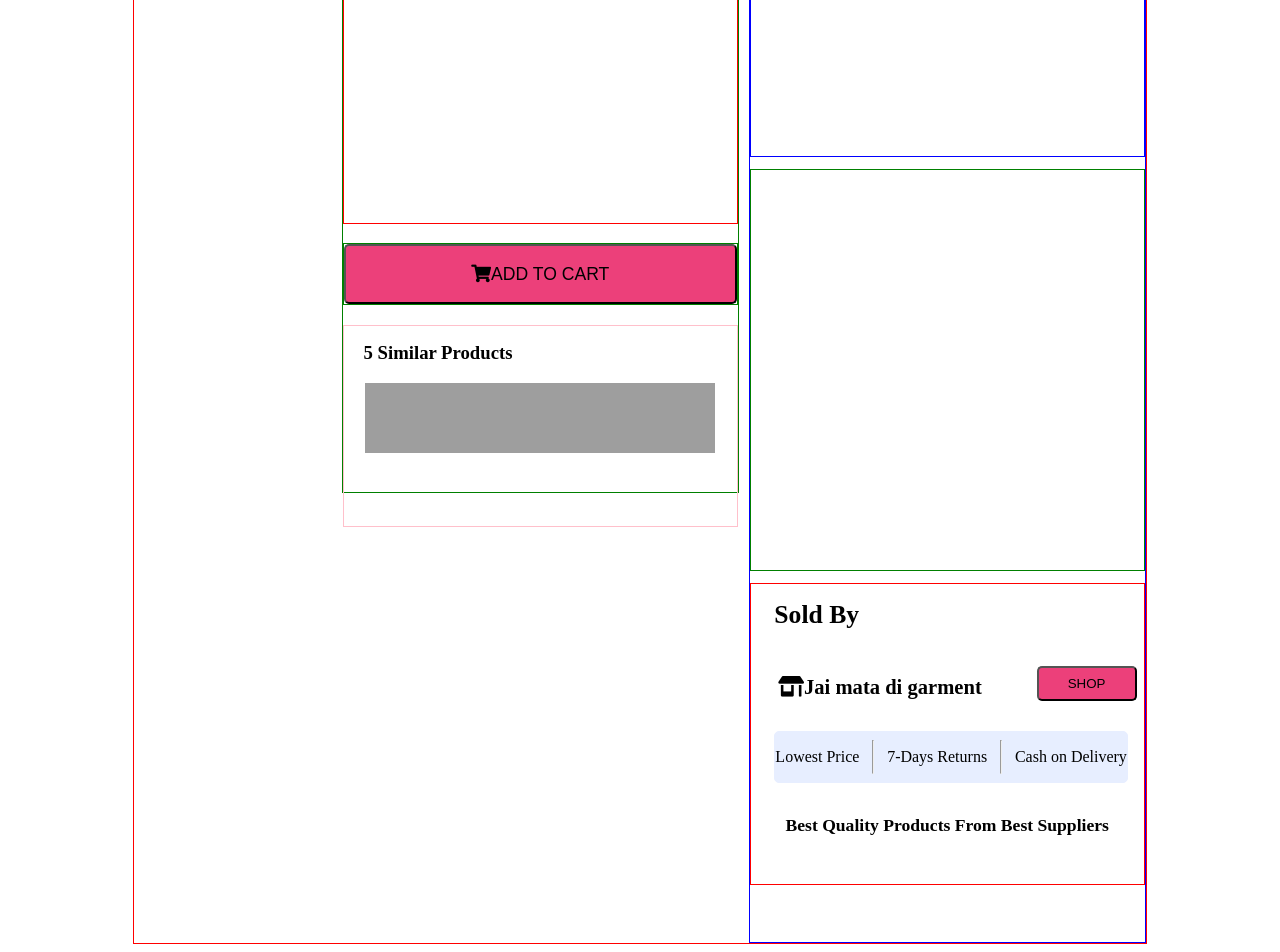
Repository: deepakxxxx/meesho
Page: catelog.html
An editor plug-in stored every save of this project. The page is shown before and after the next save, followed by the edit.
The browser window is 1280 px wide. The pictures show the part of the page from y = 419 to 1371 px (the page is 1371 px tall).
Pictures or frames that could not be fetched are drawn as grey boxes. A picture or video elsewhere on the page could not be fetched, so the positions and the page height are approximate.

Above is the page before, as saved 2021-11-06 17:58:41.

### catelog.html
<!DOCTYPE html>
<html lang="en">
<head>
    <meta charset="UTF-8">
    <meta http-equiv="X-UA-Compatible" content="IE=edge">
    <meta name="viewport" content="width=device-width, initial-scale=1.0">
    <link rel="stylesheet" href="https://use.fontawesome.com/releases/v5.15.4/css/all.css" integrity="sha384-DyZ88mC6Up2uqS4h/KRgHuoeGwBcD4Ng9SiP4dIRy0EXTlnuz47vAwmeGwVChigm" crossorigin="anonymous">
    <title>Document</title>
</head>
<style>
      #main{
        width: 100%;
        height: 136px;
        border: 1px solid white;
        margin: auto;
        /* position: fixed; */
    }
    #top{
        width: 100%;
        height: 70px;
        /* border: 1px solid red; */
        display: flex;

    }
    #left{
        display: flex;
        width: 55%;
    }
    #meesho{
      text-decoration: none;
      font-size: 50px;
      color: #F06292;
      font-weight: bold;
      margin-left: 25%;
      margin-top: 1%;
      /* margin-right: 0px; */
    }
    #search{
        /* margin-left: 30%; */
        height: 60px;
        width: 400px;
        border-radius: 6px;
        margin-top: 1%;
        /* margin-left: 0px; */
        border: 1px solid #BDBDBD;
        font-size: 90%;
        /* margin-right: 60%; */
    }
    #right{
        display: flex;
        list-style-type: none;
        column-gap: 30px;

    }
    #rightmain{
        width: 45%;
        margin-right: 6%;
        /* margin-top: 9px; */
    }
    #app{
        text-decoration: none;
        margin-left: 10px;
        margin-top: 9px;
        font-size: 103%;
        color: black;
    }
    #supp{
        text-decoration: none;
        margin-top: 9px;
        font-size: 103%;
        color: black;
    }
    #profile{
        text-decoration: none;
        font-size: 103%;
        color: black;
    }
    #cart{
        text-decoration: none;
        font-size: 103%;
        color: black;
    }
    #app:hover{
        color: #EC407A;
        text-decoration: underline;
    }
    #profile:hover{
        color: #EC407A;
        text-decoration: underline;
    }
    .line1{
        height: 30px;
    }
    .line2{
        color: #BDBDBD;
    }
    #heading
    {
        width: 73%;
        margin:  5% auto auto auto ;
        display: grid;
        grid-template-columns: 23% 54% 23%;
        padding: 1%;
        position: sticky;
    }
    #topic{
        margin-top:-15px;
        text-align: center;
    }
    #collection{
        display: flex;
        margin-left: 2%;
        list-style-type: none;
        font-size: 105%;
        column-gap: 63px;

    }
    ul > a{
        text-decoration: none;
        color: black;
    }
    ul > a :hover{
        color: #EC407A;
        /* text-decoration: underline; */
    }
    #container{
        width: 80%;
        border: 1px solid red;
        margin: auto;
        display: flex;
        margin-top: 1%;
        column-gap: 1%;
    }
    #smallImg{
        width: 20%;
        /* border: 1px solid blue; */
        height: 300px;
    }
    #bigImg{
        width: 40%;
        border: 1px solid green;
        height: 750px;
    }
    #descr{
        width: 40%;
        border: 1px solid blue;
        height: 1200px;
    }
    .product_sneek_peek{
        width: 70px;
        height: 70px;
        border: 1px solid red;
        margin-left: 69%;
        border-radius: 5px;
    }
    #imgDi{
        width: 99.5%;
        height: 480px;
        border: 1px solid red;
    }
    #addto{
        width: 99.5%;
        height: 60px;
        border: 1px solid green;
        margin-top: 5%;
    }
    #addto > button{
        width: 100%;
        height: 100%;
        background-color: #EC407A;
        font-size: 110%;
        border-radius: 5px;
    }
    #similar{
        width: 99.5%;
        height: 200px;
        border: 1px solid pink;
        margin-top: 5%;
    }
    #deta{
        width: 99.5%;
        height: 200px;
        border: 1px solid red;
    }
    #sizes{
        width: 99.5%;
        height: 200px;
        border: 1px solid blue;
        margin-top: 3%;
    }
    #infor{
        width: 99.5%;
        height: 400px;
        border: 1px solid green;
        margin-top: 3%;
    }
    #deler{
        width: 99.5%;
        height: 300px;
        border: 1px solid red;
        margin-top: 3%;
    }
    #similar > h3{
        margin-left: 5%;
        margin-top: 4%;
    }
    #simimg{
        display: flex;
        justify-content: center;
    }
    #simimg > img{
        width: 70px;
        height: 70px;
    }
    #deler > h3{
        margin-top: 4%;
        margin-left: 6%;
        font-size: 160%;
    }
    #sho{
        display: flex;
        margin-left: 7%;
        column-gap: 15%;
        font-size: 110%;
    }
    #sho > button{
        width: 100px;
        height: 35px;
        margin-top: 3%;
        background-color: #EC407A;
        border-radius: 5px;
    }
    #sho1{
        display: flex;
        margin-left: 6%;
        column-gap: 3%;
        border: 1px solid #e7eeff;
        justify-content: center;
        margin-right: 4%;
        background-color: #e7eeff;
        margin-top: 3%;
        border-radius: 5px;
    }
    #deler > h4{
        text-align: center;
        margin-top: 8%;
        font-size: 110%;
    }
</style>
<body>
    <div id="main">

        <div id="top">
            <div id="left">
             <span><a href="" id="meesho"><img src="https://cdn.hevodata.com/customer/logo/8c76f62bd88177a78bb6e2810a244446.png" alt="" rel = "icon" width="40%"></span></a>
             <span><input type="search" id="search" placeholder="Try Saree,Kurti or Search by Product Code"> </span>
            </div>
            <div id="rightmain">
                <ul id="right">
                    <div id="app">
                      <li><a href="" id="app"><i class="fas fa-mobile-alt"></i></a><a href="" id="app">Download App</a></li>

                    </div>
                    <hr class="line1">
                    <div id="supp">
                      <li><a href="" id="supp">Become a Supplier</a></li>

                    </div>
                    <hr class="line1">
                    <div>
                       <a href="" id="profile"><i class="far fa-user"></i></a>
                      <li><a href="" id="profile">Profile</a></li>
                    </div>

                    <hr class="line1">
                    <div>
                      <a href="" id="cart"><i class="fas fa-shopping-cart"></i></a>
                      <li><a href="" id="cart">Cart</a></li></li>
                    </div>

                </ul>
            </div>
        </div>

        <hr class="line2">
        <div id="secondLine">
        <ul id="collection">
            <a href="" class="same"><li>Women Ethnic</li></a>

            <a href="" class="same"><li>Women Western</li></a>

            <a href="" class="same"><li>Jewellery & Accessories</li></a>
            <a href="" class="same"><li>Men</li></a>
            <a href="" class="same"><li>Beauty & Health</li></a>
            <a href="" class="same"><li>Bags & Footwear</li></a>
            <a href="" class="same"><li>Home & Kitchen</li></a>
            <a href="" class="same"><li>Kids</li></a>
            <a href="" class="same"><li>Electronics</li></a>
        </ul>
      </div>
      <hr class="line2">
    </div>

    <div id="container">
        <div id="smallImg">
            <div class="product_sneek_peek">

            </div>
        </div>
        <div id="bigImg">
            <div id="imgDi">

            </div>
            <div id="addto">
                <button><i class="fas fa-shopping-cart"></i>ADD TO CART</button>
            </div>
            <div id="similar">
            <h3>5 Similar Products</h3>
            <div id="simimg">
                <img src="https://images.meesho.com/images/products/59272960/fddtp_512.jpg"/>
                <img src="https://images.meesho.com/images/products/59272964/a4l8y_512.jpg"/>
                <img src="https://images.meesho.com/images/products/59272962/azz7k_512.jpg"/>
                <img src="https://images.meesho.com/images/products/59272963/a5qjv_512.jpg"/>
                <img src="https://images.meesho.com/images/products/59272961/mx9tt_512.jpg"/>
            </div>
            </div>
        </div>
        <div id="descr">
            <div id="deta"></div>
            <div id="sizes"></div>
            <div id="infor"></div>
            <div id="deler">
                <h3>Sold By</h3>
                <div id="sho">
                    <h3><i class="fas fa-store-alt"></i>Jai mata di garment</h3>
                    <button>SHOP</button>
                </div>
                <div id="sho1">
                <p>Lowest Price</p>
                <hr>
                <p>7-Days Returns</p>
                <hr>
                <p>Cash on Delivery</p>
                </div>
                <h4>Best Quality Products From Best Suppliers</h4>
            </div>
        </div>
    </div>
</body>
</html>

After the next save:
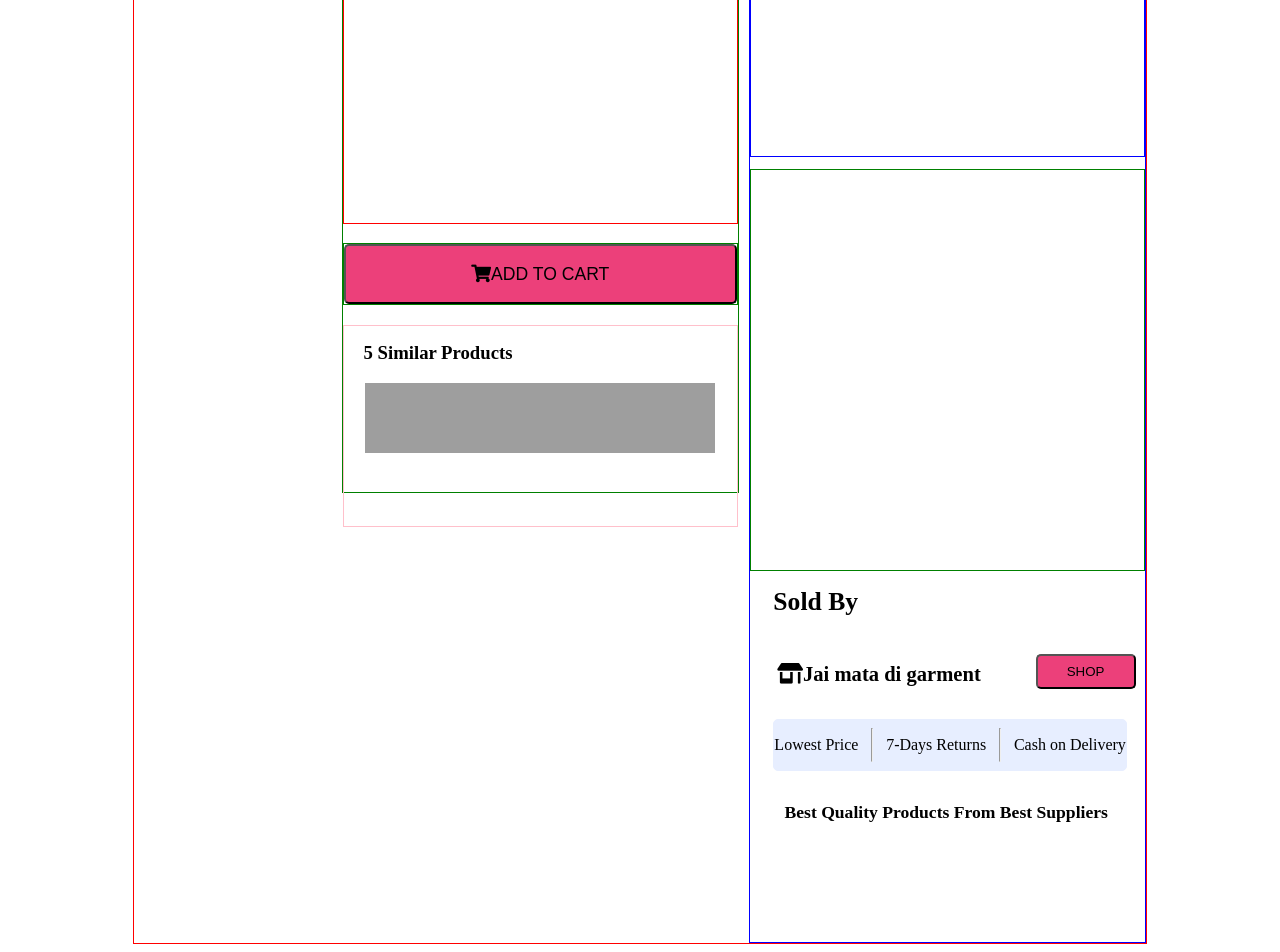
Saved 41 s later.
--- a/catelog.html
+++ b/catelog.html
@@ -197,7 +197,7 @@
     #deler{
         width: 99.5%;
         height: 300px;
-        border: 1px solid red;
+        border: 1px solid EEEEEE;
         margin-top: 3%;
     }
     #similar > h3{
